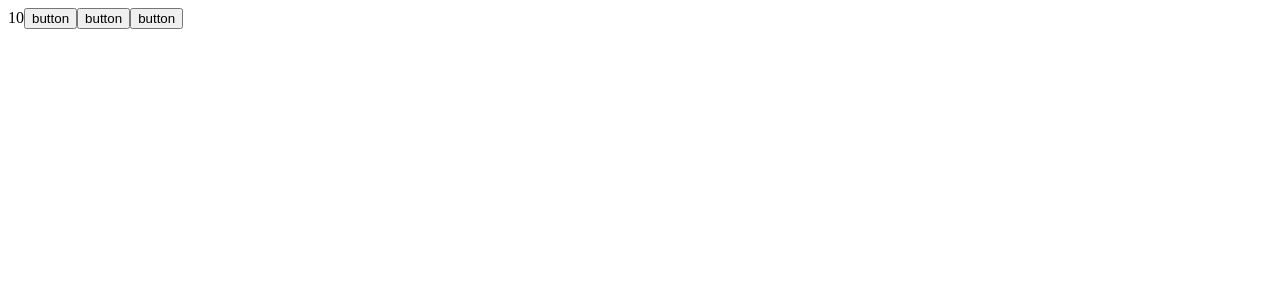
Repository: mariocapitbrok/helsinki-fullstack
Page: / (app in part1/)
The author's editor kept a copy of each file at every save. The page is drawn from the files as they stood at one save, then again after a run of saves.
The browser window is 1280 px wide. The pictures show the whole page.
The project was rebuilt for these pictures with package versions that can differ from the ones it lists, and the page was loaded fresh each time.

Above is the page before, as saved 2022-01-08 16:16:50.

### part1/src/App.js
import React, { useState } from 'react'

const App = () => {
  const [value, setValue] = useState(10)

  const hello = (who) => () => console.log('hello', who)

  return (
    <div>
      {value}
      <button onClick={hello('world')}>button</button>
      <button onClick={hello('react')}>button</button>
      <button onClick={hello('function')}>button</button>
    </div>
  )
}

export default App

Loaded but not shown: part1/public/index.html (common file); part1/src/index.js (common file)

After the next 2 saves:
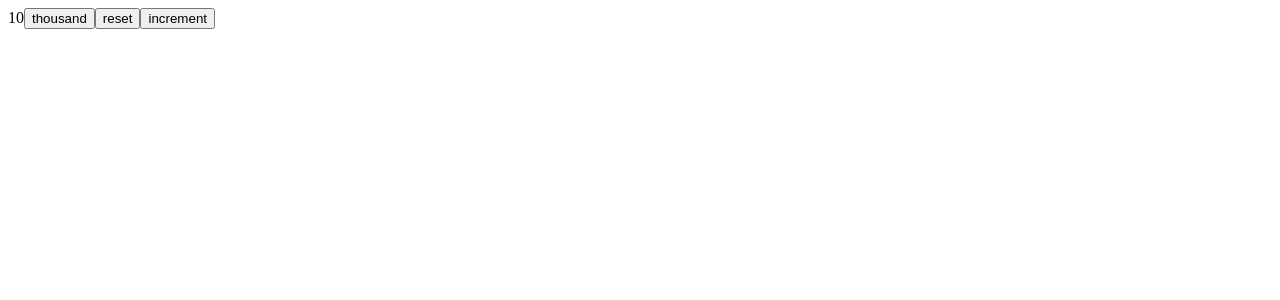
The 2 saves are shown as one change because 1 did not build or start.
The last was saved 3 min 54 s later.
--- a/part1/src/App.js
+++ b/part1/src/App.js
@@ -3,14 +3,14 @@ import React, { useState } from 'react'
 const App = () => {
   const [value, setValue] = useState(10)
 
-  const hello = (who) => () => console.log('hello', who)
+  const setToValue = (newValue) => () => setValue(newValue)
 
   return (
     <div>
       {value}
-      <button onClick={hello('world')}>button</button>
-      <button onClick={hello('react')}>button</button>
-      <button onClick={hello('function')}>button</button>
+      <button onClick={setToValue(1000)}>thousand</button>
+      <button onClick={setToValue(0)}>reset</button>
+      <button onClick={setToValue(value + 1)}>increment</button>
     </div>
   )
 }
